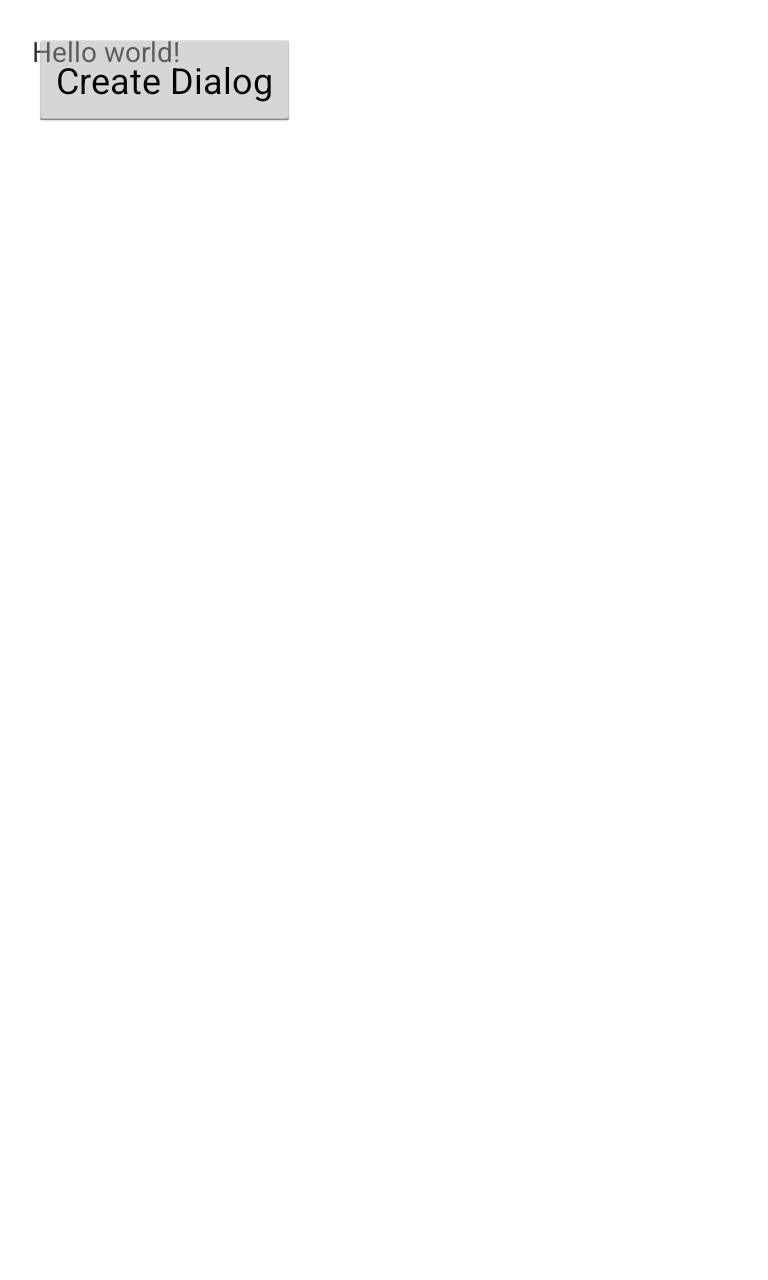
Repository: ericMedeiros93/Android-Dev
Layout: week4_scratch/res/layout/activity_main.xml
These files come from the project's save history. The layout is drawn as it stood at one moment and after the next save; the edit follows.
It is drawn on a 768 x 1280 px phone screen (xhdpi) without system bars, with theme AppTheme; the app's code is not run.

Above is the layout before, as saved 2014-09-24 16:09:38.

After the next save:
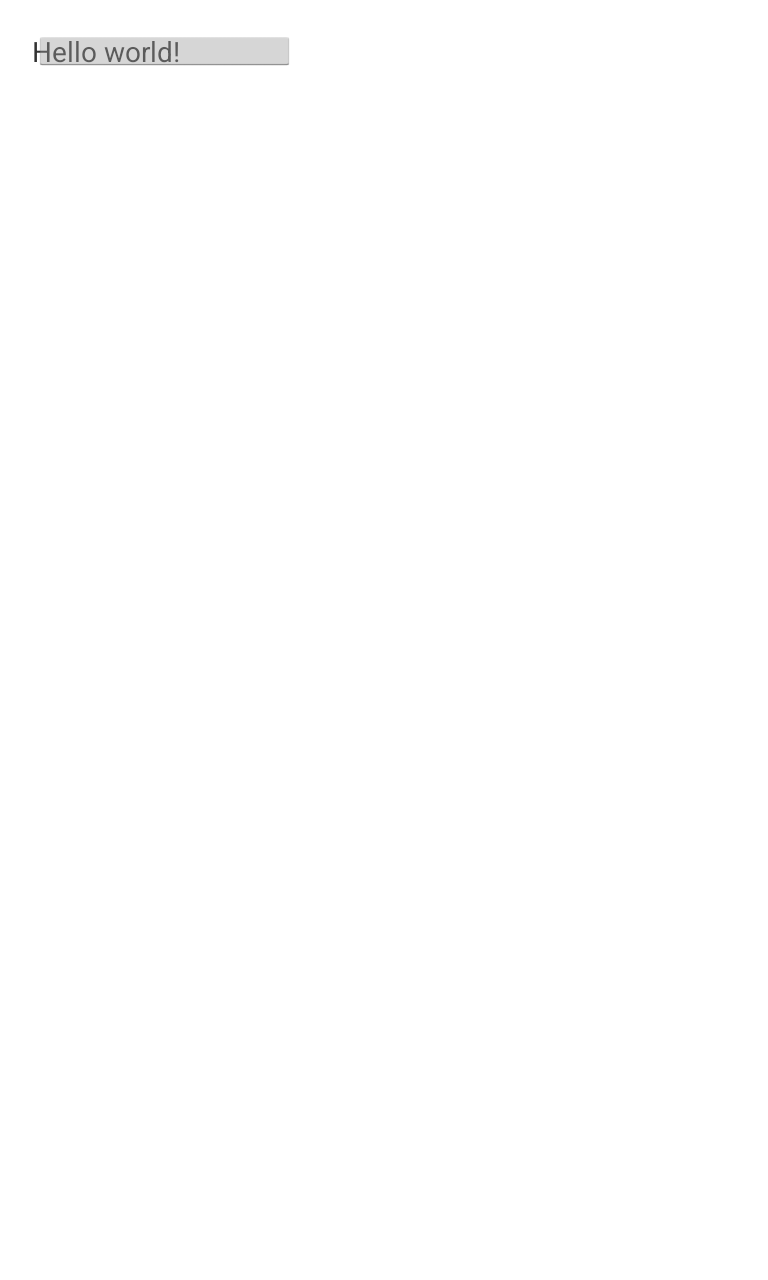
Saved 6 s later.
--- a/week4_scratch/res/layout/activity_main.xml
+++ b/week4_scratch/res/layout/activity_main.xml
@@ -17,7 +17,7 @@
     <Button
         android:layout_width="wrap_content"
         android:layout_height="wrap_content"
-        android:layout_alignBottom="tv"
+        android:layout_alignBottom="@id/tv"
         android:id="@+id/btnDialog"
         android:text="Create Dialog"
         android:onClick="showDialog"

After the save that followed:
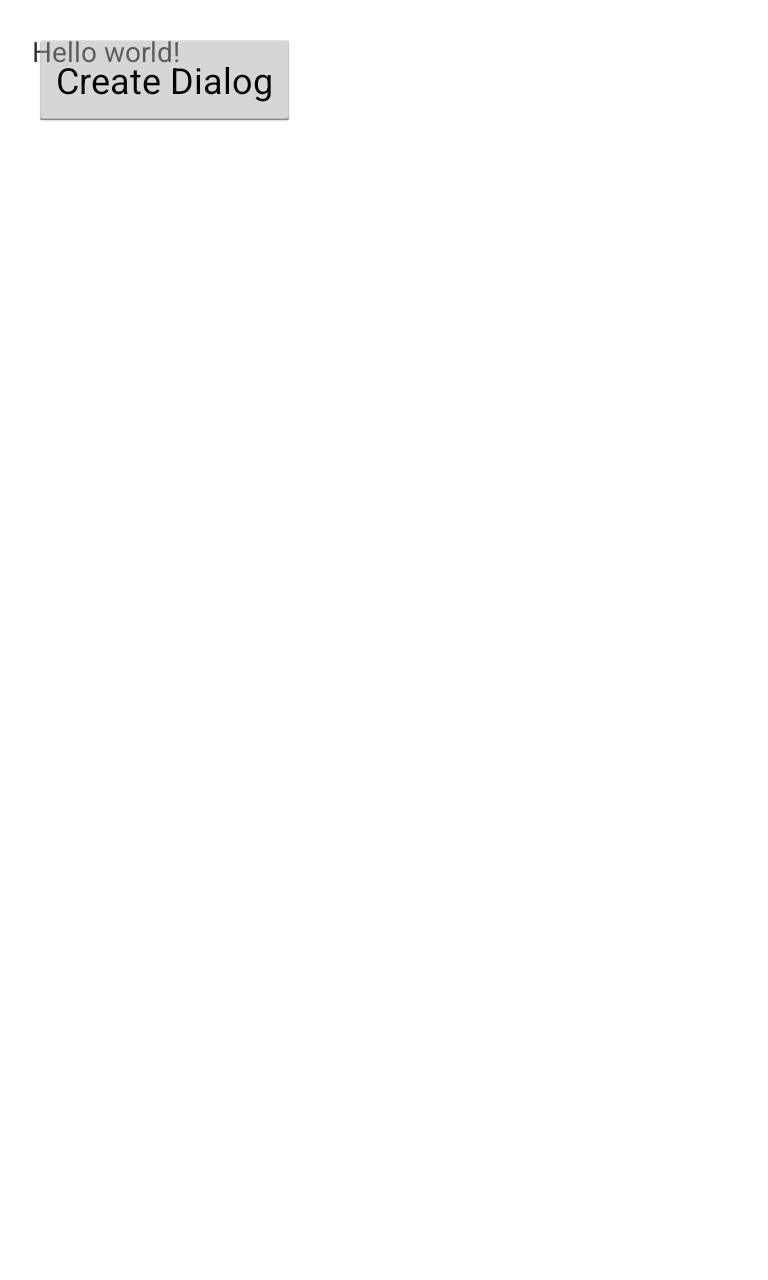
Saved 4 min 47 s later.
--- a/week4_scratch/res/layout/activity_main.xml
+++ b/week4_scratch/res/layout/activity_main.xml
@@ -17,7 +17,7 @@
     <Button
         android:layout_width="wrap_content"
         android:layout_height="wrap_content"
-        android:layout_alignBottom="@id/tv"
+        android:layout_below="tv"
         android:id="@+id/btnDialog"
         android:text="Create Dialog"
         android:onClick="showDialog"
